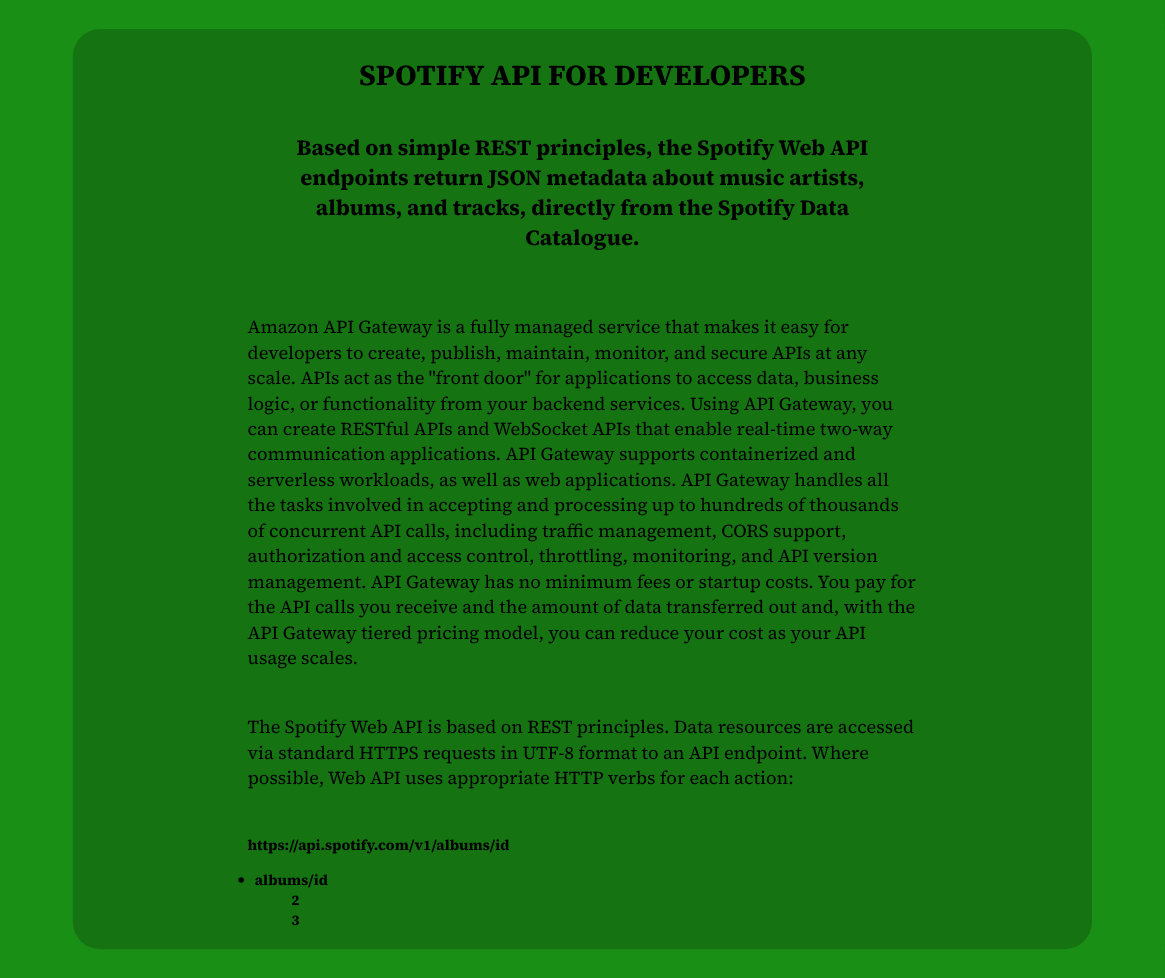
Repository: eliasihai/dizza-html-project
Page: index.html
These files come from the project's save history. The page is drawn as it stood at one moment and after the next save; the edit follows.
The browser window is 1280 px wide. The pictures show the whole page, at 91% of full size.

Above is the page before, as saved 2022-01-27 00:35:37.

### index.html
<!DOCTYPE html>
<html lang="en">
  <head>
    <meta charset="UTF-8" />
    <meta http-equiv="X-UA-Compatible" content="IE=edge" />
    <meta name="viewport" content="width=device-width, initial-scale=1.0" />
    <link rel="stylesheet" href="style.css" />
    <link rel="preconnect" href="https://fonts.googleapis.com" />
    <link rel="preconnect" href="https://fonts.gstatic.com" crossorigin />
    <link
      href="https://fonts.googleapis.com/css2?family=Source+Serif+4:ital,wght@0,300;0,400;0,500;0,700;1,300;1,700&display=swap"
      rel="stylesheet"
    />
    <title>Spotify API</title>
  </head>
  <body>
    <div class="container">
      <div class="header_container">
        <!-- <div>
          <img
            src="./png-transparent-youtube-logo-youtube-logo-computer-icons-subscribe-angle-rectangle-airplane.png"
            width="150px"
            alt="This is AWS API image"
          />
        </div> -->
        <div class="title_style">
          <h1>SPOTIFY API FOR DEVELOPERS</h1>
          <h2>
            Based on simple REST principles, the Spotify Web API endpoints
            return JSON metadata about music artists, albums, and tracks,
            directly from the Spotify Data Catalogue.
          </h2>
        </div>
      </div>

      <div class="describe_container">
        <div class="describe_text">
          Amazon API Gateway is a fully managed service that makes it easy for
          developers to create, publish, maintain, monitor, and secure APIs at
          any scale. APIs act as the "front door" for applications to access
          data, business logic, or functionality from your backend services.
          Using API Gateway, you can create RESTful APIs and WebSocket APIs that
          enable real-time two-way communication applications. API Gateway
          supports containerized and serverless workloads, as well as web
          applications. API Gateway handles all the tasks involved in accepting
          and processing up to hundreds of thousands of concurrent API calls,
          including traffic management, CORS support, authorization and access
          control, throttling, monitoring, and API version management. API
          Gateway has no minimum fees or startup costs. You pay for the API
          calls you receive and the amount of data transferred out and, with the
          API Gateway tiered pricing model, you can reduce your cost as your API
          usage scales.
        </div>
        <div class="about_request">
          The Spotify Web API is based on REST principles. Data resources are
          accessed via standard HTTPS requests in UTF-8 format to an API
          endpoint. Where possible, Web API uses appropriate HTTP verbs for
          each action:
        </div>
        <div class="list_container">
          <p>https://api.spotify.com/v1/albums/id</p>
          <ul>
            <li>
              albums/id
            </li>
            <ol>
              2
            </ol>
            <ol>
              3
            </ol>
          </ul>
        </div>
      </div>
    </div>
  </body>
</html>

### style.css
body,
html {
  /* height: 100%; */
  margin: 0;
  font-family: "Source Serif 4", sans-serif;
  /* background-image: url("/download.png");
   */
  background-color: rgba(26, 143, 22);
  /* color: rgb(43, 39, 39); */
}
.container {
  height: 80%;
  /* background-position: center; */
  /* background-repeat: no-repeat; */
  /* background-size: cover; */
  padding: 0.4em 10em;
  margin: 2em 5em;
  background-color: rgba(0, 0, 0, 0.2);
  border-radius: 30px;
}
.header_container {
  display: flex;
  flex-direction: column;
}
.title_style {
  display: flex;
  flex-direction: column;
  text-align: center;
}
.title_style h2 {
  padding: 0 3em;
}
.describe_container .about_request,
.describe_container .describe_text {
  margin: 3rem 2rem;
  font-size: 1.25em;
}
/* .describe_text {
  margin: 3rem 2rem;
} */
.list_container {
  /* display: flex;
  align-items: center;
  justify-content: flex-start;
  flex: 50%; */
  font-weight: 600;
}

.list_container p{
  margin: 0.1rem 2rem !important;
}

After the next save:
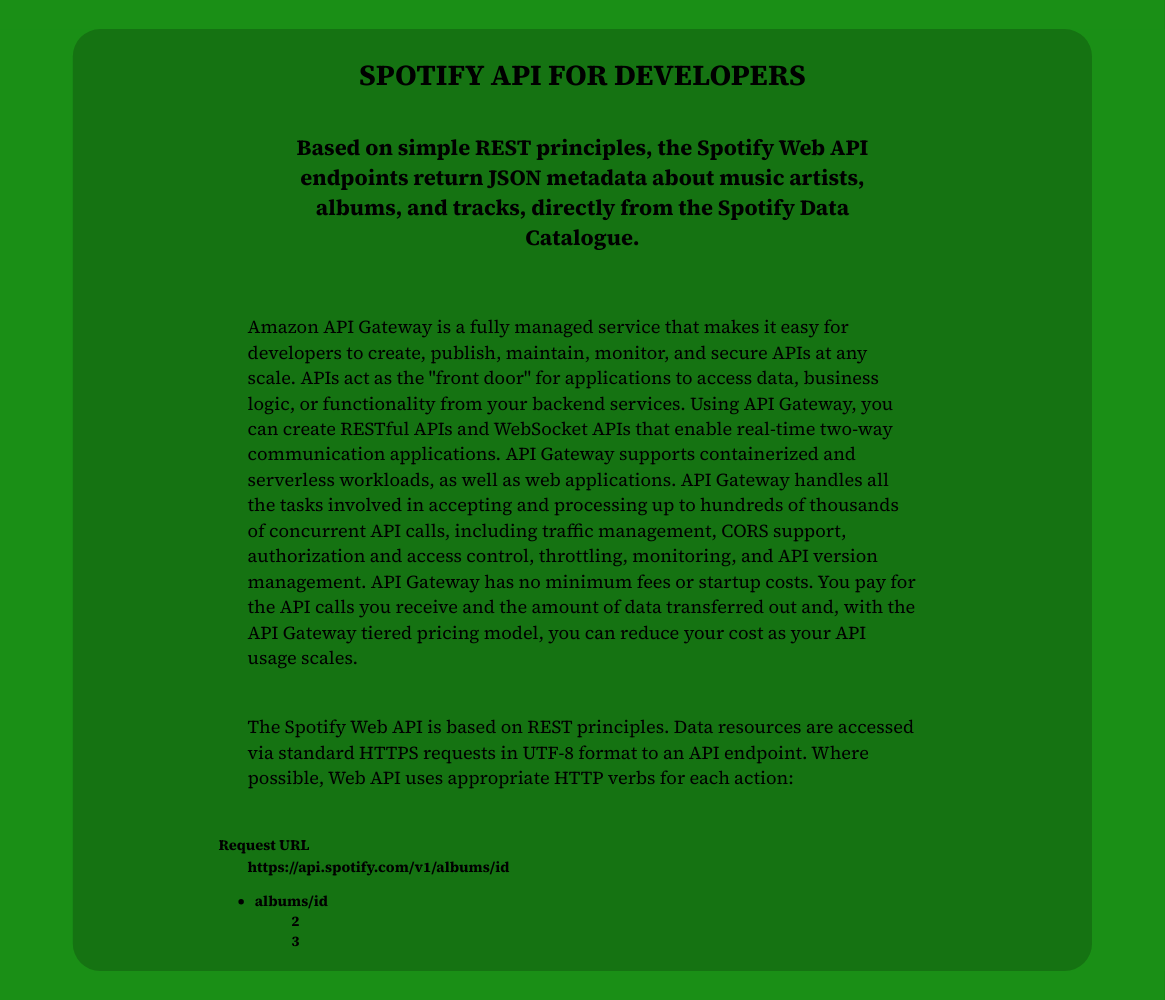
Saved 71 s later.
--- a/index.html
+++ b/index.html
@@ -58,6 +58,7 @@
           each action:
         </div>
         <div class="list_container">
+          <div class="request_p">Request URL</div>
           <p>https://api.spotify.com/v1/albums/id</p>
           <ul>
             <li>
